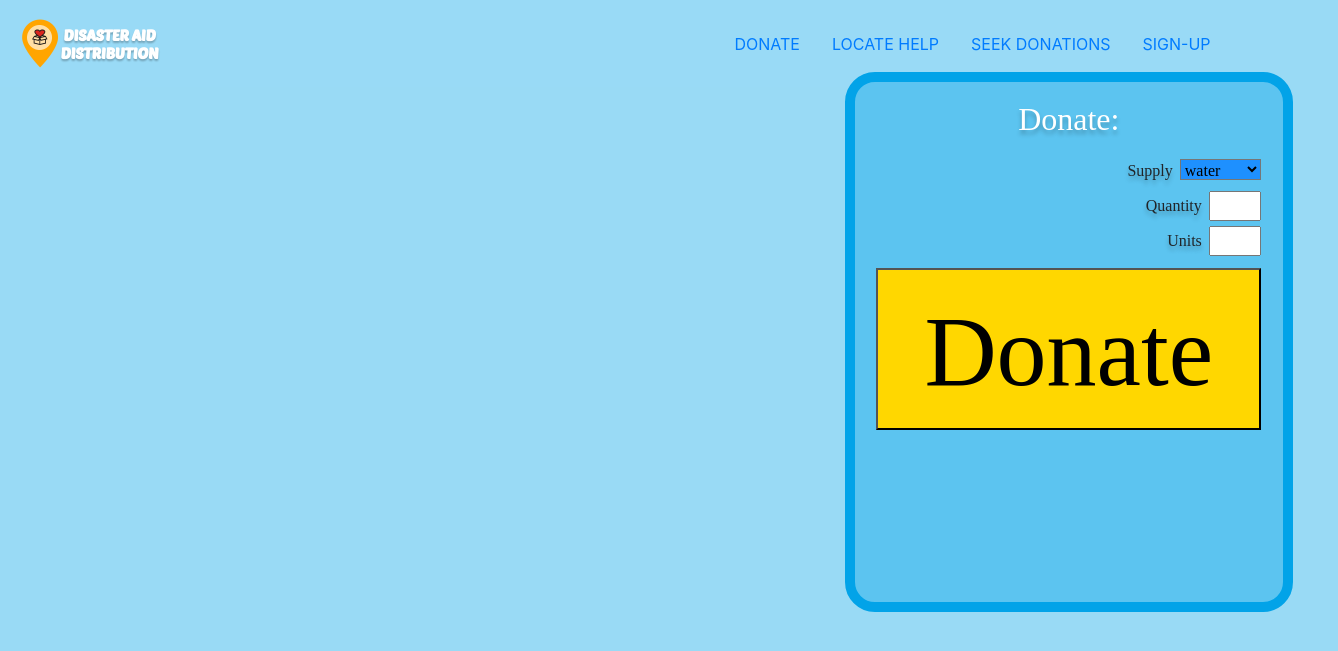
Repository: uprm-inso-4115-2019-2020-S2/semester-project-inso4115-DisasterAid-backend
Page: /donate-modal (app in disaster-aid/)
An editor plug-in stored every save of this project. The page is shown before and after the next save, followed by the edit.
The browser window is 1280 px wide. The page is 1293 px wide, then 1338 px, so the pictures cover 1338 px, including what lies to the right of the window. The pictures show the whole page.
The project was rebuilt for these pictures with package versions that can differ from the ones it lists, and the page was loaded fresh each time. Also part of the build but not shown: disaster-aid/angular.json, disaster-aid/src/app/login/login.component.ts, disaster-aid/src/app/register/register.component.ts, disaster-aid/src/app/home/home.component.ts, disaster-aid/src/app/landing-page/landing-page.component.ts, disaster-aid/src/app/donations/donations.component.ts, disaster-aid/src/app/donations.service.ts.

Above is the page before, as saved 2020-05-09 01:54:45.

### disaster-aid/src/index.html
<!doctype html>
<html lang="en">
<head>
  <meta charset="utf-8">
  <title>DisasterAid</title>
  <base href="/">
  <meta name="viewport" content="width=device-width, initial-scale=1">
  <link rel="icon" type="image/x-icon" href="favicon.ico">
</head>
<body>
  <app-root></app-root>
</body>
</html>

### disaster-aid/src/styles.css
/* You can add global styles to this file, and also import other style files */

html { background-color:rgba(2, 163, 232, 0.4); }

### disaster-aid/src/app/app.module.ts
import { BrowserModule } from '@angular/platform-browser';
import { NgModule } from '@angular/core';
import { FormsModule, ReactiveFormsModule } from '@angular/forms';



import { AppRoutingModule } from './app-routing.module';
import { AppComponent } from './app.component';
import { RegisterComponent } from './register/register.component';
import { LoginComponent } from './login/login.component';
import { HttpClientModule } from '@angular/common/http';
import { HomeComponent } from './home/home.component'
import { UserApiService } from './userapi.service';
import { LandingPageComponent } from './landing-page/landing-page.component';
import { DonationsComponent } from './donations/donations.component';
import { DonateModalComponent } from './donate-modal/donate-modal.component';


@NgModule({
  declarations: [
    AppComponent,
    RegisterComponent,
    LoginComponent,
    HomeComponent,
    LandingPageComponent,
    DonationsComponent,
    DonateModalComponent,
  ],
  imports: [
    BrowserModule,
    AppRoutingModule,
    FormsModule,
    ReactiveFormsModule,
    HttpClientModule
  ],
  providers: [UserApiService],
  bootstrap: [AppComponent]
})
export class AppModule { }

### disaster-aid/src/app/app-routing.module.ts
import { NgModule } from '@angular/core';
import { Routes, RouterModule } from '@angular/router';
import {LoginComponent} from './login/login.component';
import { RegisterComponent } from './register/register.component';
import { HomeComponent } from './home/home.component';
import { LandingPageComponent } from './landing-page/landing-page.component';
import { DonationsComponent } from './donations/donations.component';
import { DonateModalComponent} from './donate-modal/donate-modal.component';


const routes: Routes = [
  { path: '', redirectTo: '/landing_page', pathMatch: 'full'}, //Make home the default landing page
  { path: 'register', component: RegisterComponent},
  { path: 'login', component: LoginComponent },
  { path: 'home', component: HomeComponent},
  { path: 'landing_page', component: LandingPageComponent },
  { path: 'my-donations', component: DonationsComponent },
  { path: 'donate-modal', component: DonateModalComponent},

];

@NgModule({
  imports: [RouterModule.forRoot(routes)],
  exports: [RouterModule]
})
export class AppRoutingModule { }

### disaster-aid/src/app/app.component.ts
import { Component } from '@angular/core';

@Component({
  selector: 'app-root',
  templateUrl: './app.component.html',
  styleUrls: ['./app.component.css']
})
export class AppComponent {
  title = 'disaster-aid';
}

### disaster-aid/src/app/userapi.service.ts
import { Injectable } from '@angular/core';
import { HttpClient, HttpErrorResponse, HttpHeaders } from '@angular/common/http';
import { User } from './user';
import { Observable, throwError } from 'rxjs';
import { catchError } from 'rxjs/operators';


@Injectable({
  providedIn: 'root'
})
export class UserApiService {

  constructor(private httpClient:HttpClient) { }

  private _handleError(error: HttpErrorResponse | any) {
    let data = {};
                data = {
                    reason: error && error.error.reason ? error.error.reason : '',
                    status: error.status
                };
                console.error(data);
                return throwError(error);
  }

    public server:String = " http://localhost:5000/";

   public getUsers() : Observable<User[]> {
     return this.httpClient
     .get<User[]>(this.server + "DAD/users")
     .pipe(catchError (this._handleError));
   }

   public getUser(userID : String): Observable<User> {
    return this.httpClient
    .get<User>(this.server + `DAD/users/${userID}`)
    .pipe(catchError (this._handleError));
  }

  public createUser(user: User): Observable<any> {

    const httpOptions = {
      headers: new HttpHeaders ({
        'Content-Type':'application/json',
        'Accept': 'application/json'
      })
    };
    return this.httpClient
    .post(this.server + "DAD/users", user, httpOptions)
    .pipe(catchError (this._handleError));;
  }


}

### disaster-aid/src/app/donate-modal/donate-modal.component.ts
import { Component, OnInit } from '@angular/core';

@Component({
  selector: 'app-donate-modal',
  templateUrl: './donate-modal.component.html',
  styleUrls: ['./donate-modal.component.css']
})
export class DonateModalComponent implements OnInit {

  constructor() { }

  ngOnInit(): void {
  }

}

### disaster-aid/src/app/donate-modal/donate-modal.component.html
<nav class="navbar navbar-light" style="background-color: rgba(2, 163, 232, 0.4);">
    <a class="navbar-brand mr-1" href="#"><img src="/assets/DAD_logo.png" style="width: 50%;"></a>
    <ul class="nav navbar-justified navbar-right ml-auto" style="margin-right: 3%;">
        <li class="nav-item">
            <a class="nav-link menuItem" routerLink="/my-donations"  >DONATE</a>
        </li>
        <li class="nav-item">
            <a class="nav-link menuItem"  href="#">LOCATE HELP</a>
        </li>
        <li class="nav-item">
            <a class="nav-link menuItem" href="#">SEEK DONATIONS</a>
        </li>
        <li class="nav-item">
            <a class="nav-link menuItem"  routerLink="/register" routerLinkActive="active">SIGN-UP</a>
        </li>
    </ul>
</nav>

<div class="donateBox">
    <p style="font-size: xx-large; text-align: center; padding-top: 3%; color: white;">Donate:</p>
    <!-- <form [formGroup]="loginForm" (ngSubmit)="onSubmit(loginForm.value)"> -->
        <div style="text-align: right; padding-right: 22px;">
            <div>
                <label for="Supply" style="padding-right: 7px;">Supply</label>
                <select id="supply" name="supply" class="select">
                    <option value="water">water</option>
                    <option value="food">food</option>
                    <option value="medicine">medicine</option>
                    <option value="clothing">clothing</option>

                </select>
            </div>
            <div>
                <label for="quantity" style="padding-right: 7px;">Quantity</label>
                <input type="number" id="quantity" name="quantity" min="1" max="5">
            </div>
            <div>
                <label for="units" style="padding-right: 7px;">Units</label>
                <input type="number" id="quantity" name="quantity" min="1" max="5">
            </div>
        </div>

        <div style="text-align: center;  padding-top: 7px;">
            <button class="donateButton" type="submit">Donate</button>
        </div>
    <!-- </form> -->

    <!-- <div style="text-align: center; padding-top: 5px; font-size: large;">
        <label style="color: white; padding-right: 5px;">Don't have an account?</label>
        <a routerLink="/register" routerLinkActive="active" style="color:#FFBC40 ;">Sign up</a>
    </div> -->

</div>

### disaster-aid/src/app/donate-modal/donate-modal.component.css
.donateBox {
    position: absolute;
    width: 35%;
    height: 75%;
    left: 66%;
    right: 10%;
    top: 10%;
    background: rgba(2, 163, 232, 0.4);
    border: 10px solid #02A3E8;
    border-radius: 30px;
    font-family: 'Fredoka One', cursive;
    font-family: 'Gochi Hand', cursive;
    text-shadow: 0px 4px 4px rgba(0, 0, 0, 0.25);
}

.donateButton{
    text-align: center;
    padding-top: 7px;
    background: gold;
    width: 90%;
    font-size:100px
}

.select{
    background-color: dodgerblue;
    /* display: none; */
    position: relative;
    font-family: 'Gochi Hand', cursive;
}

Loaded but not shown: disaster-aid/src/main.ts (common file); disaster-aid/src/environments/environment.ts (common file); disaster-aid/src/app/app.component.html (common file); disaster-aid/src/app/app.component.css (no stored copy; drawn as an empty file)

After the next save:
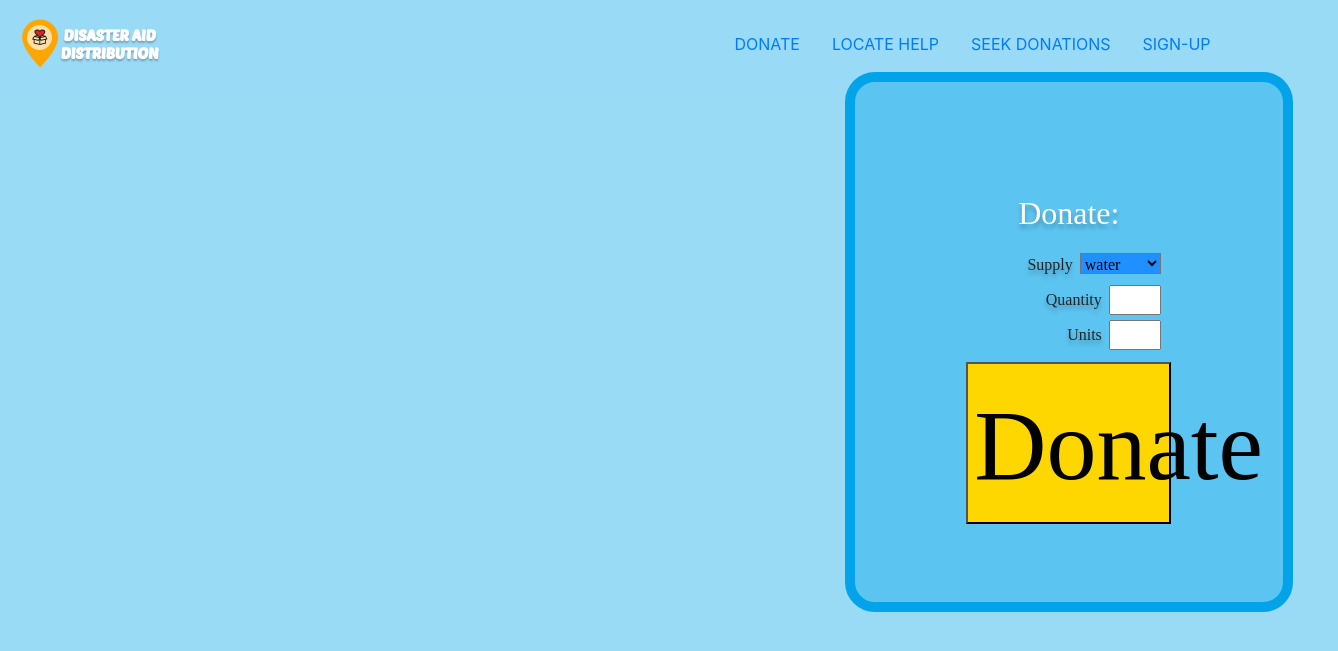
Saved 16 s later.
--- a/disaster-aid/src/app/donate-modal/donate-modal.component.css
+++ b/disaster-aid/src/app/donate-modal/donate-modal.component.css
@@ -4,6 +4,7 @@
     height: 75%;
     left: 66%;
     right: 10%;
+    padding: 100px;;
     top: 10%;
     background: rgba(2, 163, 232, 0.4);
     border: 10px solid #02A3E8;
